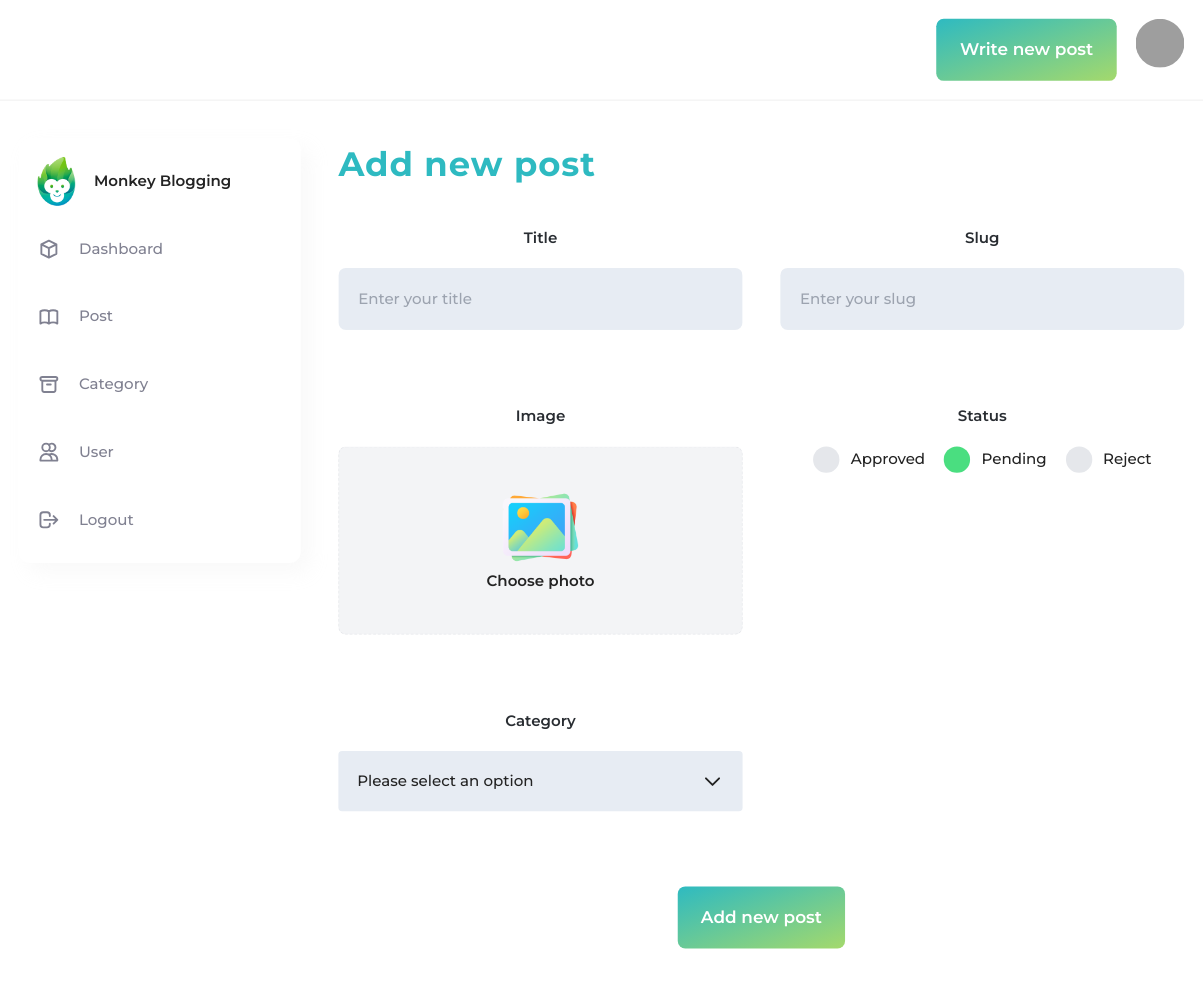
Repository: ThanhPhongsof/react-course-projects
Page: /manage/add-post (app in react-monkey-bloging/)
The author's editor kept a copy of each file at every save. The page is drawn from the files as they stood at one save, then again after the next save.
The browser window is 1280 px wide. The pictures show the whole page, at 94% of full size.
Pictures or frames that could not be fetched are drawn as grey boxes. The project was rebuilt for these pictures with package versions that can differ from the ones it lists, and the page was loaded fresh each time. Also part of the build but not shown: react-monkey-bloging/src/page/AuthenticationPage.js, react-monkey-bloging/src/components/icon/IconEyeOpen.js, react-monkey-bloging/src/components/icon/IconEyeClose.js, react-monkey-bloging/src/components/icon/index.js, react-monkey-bloging/src/components/input/InputPasswordToggle.js, react-monkey-bloging/src/page/SignUpPage.js, react-monkey-bloging/src/page/SignInPage.js, react-monkey-bloging/src/components/layout/Header.js and 21 more. Imported but missing from the stored project, and not drawn on this page: react-monkey-bloging/src/components/loading/LoadingSpinner, react-monkey-bloging/src/module/post/PostMeta.

Above is the page before, as saved 2022-05-09 15:12:16.

### react-monkey-bloging/public/index.html
<!DOCTYPE html>
<html lang="en">
  <head>
    <meta charset="utf-8" />
    <link rel="icon" href="%PUBLIC_URL%/favicon.ico" />
    <meta name="viewport" content="width=device-width, initial-scale=1" />
    <meta name="theme-color" content="#000000" />
    <meta
      name="description"
      content="Web site created using create-react-app"
    />
    <link rel="apple-touch-icon" />

    <link rel="manifest" href="%PUBLIC_URL%/manifest.json" />
    <link rel="preconnect" href="https://fonts.googleapis.com" />
    <link rel="preconnect" href="https://fonts.gstatic.com" crossorigin />
    <link
      href="https://fonts.googleapis.com/css2?family=Montserrat:wght@400;500;600;700&display=swap"
      rel="stylesheet"
    />
    <title>Monkey Blogging App</title>
  </head>
  <body>
    <noscript>You need to enable JavaScript to run this app.</noscript>
    <div id="root"></div>
    <!--
      This HTML file is a template.
      If you open it directly in the browser, you will see an empty page.

      You can add webfonts, meta tags, or analytics to this file.
      The build step will place the bundled scripts into the <body> tag.

      To begin the development, run `npm start` or `yarn start`.
      To create a production bundle, use `npm run build` or `yarn build`.
    -->
  </body>
</html>

### react-monkey-bloging/src/index.js
import React from "react";
import "./styles/index.scss";
import App from "./App";
import reportWebVitals from "./reportWebVitals";
import { ThemeProvider } from "styled-components";
import { GlobalStyles } from "./styles/GlobalStyles";
import { theme } from "./utils/constants";
import { BrowserRouter } from "react-router-dom";
import { createRoot } from "react-dom/client";
import { ToastContainer } from "react-toastify";
import "react-toastify/dist/ReactToastify.css";
const container = document.getElementById("root");
const root = createRoot(container);

root.render(
  <React.StrictMode>
    <ThemeProvider theme={theme}>
      <GlobalStyles></GlobalStyles>
      <BrowserRouter>
        <App />
        <ToastContainer></ToastContainer>
      </BrowserRouter>
    </ThemeProvider>
  </React.StrictMode>
);

reportWebVitals();

### react-monkey-bloging/src/styles/index.scss
@tailwind base;
@tailwind components;
@tailwind utilities;
@import "reset";

@layer base {
  body {
    line-height: 1.5;
    // -webkit-font-smoothing: antialiased;
    -webkit-tap-highlight-color: rgba(0, 0, 0, 0);
    font-family: "Montserrat", sans-serif;
    font-size: 16px;
    color: #232323;
  }
}
.container {
  width: 100%;
  max-width: 1260px;
  margin: 0 auto;
  padding: 0 20px;
}
a {
  text-decoration: none;
  color: inherit;
}
.text-primary {
  color: #a4d96c;
}
.grid-layout {
  display: grid;
  grid-auto-columns: 235px;
  gap: 20px;
  -ms-overflow-style: none;
  scrollbar-width: none;
  &::-webkit-scrollbar {
    display: none;
  }
  @media screen and (min-width: 1024px) {
    grid-template-columns: repeat(3, minmax(0, 1fr));
    gap: 40px;
  }
  @media screen and (max-width: 1023.98px) {
    grid-auto-flow: column;
    scroll-snap-type: x mandatory;
    overflow-x: auto;
  }
  & > * {
    scroll-snap-align: start;
  }
  &--primary {
    grid-auto-columns: 220px;
    @media screen and (min-width: 1024px) {
      grid-template-columns: repeat(4, minmax(0, 1fr));
    }
  }
}
.home-block {
  padding-bottom: 40px;
  @media screen and (min-width: 1024px) {
    padding-bottom: 60px;
  }
}
.entry-content {
  font-size: 16px;
  h2,
  h3,
  h4 {
    font-weight: bold;
    margin-bottom: 20px;
  }
  h2 {
    font-size: 32px;
  }
  h3 {
    font-size: 26px;
  }
  h4 {
    font-size: 22px;
  }
  p {
    margin-bottom: 20px;
    line-height: 2;
  }
  figure {
    margin-bottom: 20px;
  }
  figure img {
    border-radius: 20px;
    margin-bottom: 10px;
  }
  figcaption {
    text-align: center;
    font-style: italic;
    font-size: 14px;
    color: #6b6b6b;
  }
  @media screen and (max-width: 1023.98px) {
    font-size: 14px;
    h2 {
      font-size: 26px;
    }
    h3 {
      font-size: 24px;
    }
    h4 {
      font-size: 20px;
    }
  }
}
.hidden-input {
  border: 0;
  clip: rect(0 0 0 0);
  height: 1px;
  margin: -1px;
  overflow: hidden;
  padding: 0;
  position: absolute;
  width: 1px;
  white-space: nowrap;
}

@keyframes spin {
  from {
    transform: rotate(0deg);
  }
  to {
    transform: rotate(360deg);
  }
}

### react-monkey-bloging/src/App.js
import { Route, Routes } from "react-router-dom";
import { AuthProvider } from "./contexts/auth-context";
import SignUpPage from "./page/SignUpPage";
import SignInPage from "page/SignInPage";
import HomePage from "page/HomePage";
import NotFoundPage from "page/NotFoundPage";
import PostDetailsPage from "page/PostDetailsPage";
import DashboardLayout from "module/dashboard/DashboardLayout";
import DashboardPage from "page/DashboardPage";
import PostManage from "module/post/PostManage";
import PostAddNew from "module/post/PostAddNew";

const App = () => {
  return (
    <div>
      <AuthProvider>
        <Routes>
          <Route path="/" element={<HomePage></HomePage>}></Route>
          <Route path="/sign-up" element={<SignUpPage></SignUpPage>}></Route>
          <Route path="/sign-in" element={<SignInPage></SignInPage>}></Route>
          <Route path="*" element={<NotFoundPage></NotFoundPage>}></Route>
          <Route
            path="/:slug"
            element={<PostDetailsPage></PostDetailsPage>}
          ></Route>
          <Route element={<DashboardLayout></DashboardLayout>}>
            <Route
              path="/dashboard"
              element={<DashboardPage></DashboardPage>}
            ></Route>
            <Route
              path="/manage/post"
              element={<PostManage></PostManage>}
            ></Route>
            <Route
              path="/manage/add-post"
              element={<PostAddNew></PostAddNew>}
            ></Route>
          </Route>
        </Routes>
      </AuthProvider>
    </div>
  );
};

export default App;

### react-monkey-bloging/src/utils/constants.js
export const theme = {
  primary: "#2EBAC1",
  secondary: "#A4D96C",
  grayDark: "#292D32",
  grayLight: "#E7ECF3",
  grayScale: "#6B6B6B",
  tertiary: "#3A1097",
  accent: "#00D1ED",
  purpleLight: "#F3EDFF",
  gray23: "#232323",
  gray80: "#808191",
};

export const postStatus = {
  APPROVED: 1,
  PENDING: 2,
  REJECTED: 3,
};

### react-monkey-bloging/src/styles/_reset.scss
* {
  margin: 0;
  padding: 0;
}
img,
picture,
video,
canvas,
svg {
  display: block;
  max-width: 100%;
}
input,
button,
textarea,
select {
  font: inherit;
  outline: none;
  border: none;
}
p,
h1,
h2,
h3,
h4,
h5,
h6 {
  overflow-wrap: break-word;
}

### react-monkey-bloging/src/contexts/auth-context.js
import { auth } from "firebase-app/firebase-config";
import { onAuthStateChanged } from "firebase/auth";
import { createContext, useContext, useEffect, useState } from "react";

const AuthContext = createContext();

const AuthProvider = (props) => {
  const [userInfo, setUserInfo] = useState({});
  const value = { userInfo, setUserInfo };
  useEffect(() => {
    onAuthStateChanged(auth, (user) => {
      setUserInfo(user);
    });
  }, []);
  return <AuthContext.Provider {...props} value={value}></AuthContext.Provider>;
};

const useAuth = () => {
  const context = useContext(AuthContext);
  if (typeof context === "undefined")
    throw new Error("useAuth must be used within AuthProvider");
  return context;
};

export { useAuth, AuthProvider };

### react-monkey-bloging/src/module/dashboard/DashboardLayout.js
import React from "react";
import { Outlet } from "react-router-dom";
import styled from "styled-components";
import DashboardHeader from "./DashboardHeader";
import Sidebar from "./Sidebar";

const DashboardLayoutStyles = styled.div`
  max-width: 1600px;
  margin: 0 auto;
  .dashboard {
    &-heading {
      font-weight: bold;
      font-size: 36px;
      margin-bottom: 40px;
      color: ${(props) => props.theme.primary};
      letter-spacing: 1px;
    }
    &-main {
      display: grid;
      grid-template-columns: 300px minmax(0, 1fr);
      padding: 40px 20px;
      gap: 0 40px;
      align-items: start;
    }
  }
`;

const DashboardLayout = () => {
  return (
    <DashboardLayoutStyles>
      <DashboardHeader></DashboardHeader>
      <div className="dashboard-main">
        <Sidebar></Sidebar>
        <div className="dashboard-children">
          <Outlet></Outlet>
        </div>
      </div>
    </DashboardLayoutStyles>
  );
};

export default DashboardLayout;

### react-monkey-bloging/src/firebase-app/firebase-config.js
import { initializeApp } from "firebase/app";
import { getFirestore } from "firebase/firestore";
import { getAuth } from "firebase/auth";
const firebaseConfig = {
  apiKey: "AIzaSyAdpQ4sW6LhnaANOQOgJJZImO0FWC0Ar70",
  authDomain: "monkey-blogging-da39c.firebaseapp.com",
  projectId: "monkey-blogging-da39c",
  storageBucket: "monkey-blogging-da39c.appspot.com",
  messagingSenderId: "1089989654619",
  appId: "1:1089989654619:web:f211b6c6805ab03926a77e",
};

// Initialize Firebase
const app = initializeApp(firebaseConfig);
export const db = getFirestore(app);
export const auth = getAuth(app);

### react-monkey-bloging/src/components/label/index.js
import Label from "./Label";
export { Label };

### react-monkey-bloging/src/components/input/index.js
import Input from "./Input";
export { Input };

### react-monkey-bloging/src/components/field/index.js
import Field from "./Field";
export { Field };

### react-monkey-bloging/src/module/dashboard/DashboardHeader.js
import { Button } from "components/button";
import React from "react";
import styled from "styled-components";

const DashboardHeaderStyles = styled.div`
  background-color: white;
  padding: 20px;
  border-bottom: 1px solid #eee;
  display: flex;
  justify-content: flex-end;
  gap: 20px;
  .header-avatar {
    width: 52px;
    height: 52px;
    img {
      width: 100%;
      height: 100%;
      object-fit: cover;
      border-radius: 100rem;
    }
  }
`;

const DashboardHeader = () => {
  return (
    <DashboardHeaderStyles>
      <Button type="button" to="/dashboard" className="header-button">
        Write new post
      </Button>
      <div className="header-avatar">
        <img
          src="https://images.unsplash.com/photo-1568602471122-7832951cc4c5?ixlib=rb-1.2.1&ixid=MnwxMjA3fDB8MHxwaG90by1wYWdlfHx8fGVufDB8fHx8&auto=format&fit=crop&w=3270&q=80"
          alt="avatar"
        />
      </div>
    </DashboardHeaderStyles>
  );
};

export default DashboardHeader;

### react-monkey-bloging/src/components/checkbox/index.js
import Checkbox from "./Checkbox";
import Radio from "./Radio";

export { Checkbox, Radio };

### react-monkey-bloging/src/components/dropdown/index.js
import Dropdown from "./Dropdown";
import Option from "./Option";
import Search from "./Search";

Dropdown.Option = Option;
Dropdown.Search = Search;

export { Dropdown };

### react-monkey-bloging/src/components/label/Label.js
import React from "react";
import styled from "styled-components";

const LabelStyles = styled.label`
  color: ${(props) => props.theme.grayDark};
  font-weight: 600;
  cursor: pointer;
`;

const Label = ({ htmlFor = "", children, ...props }) => {
  return (
    <LabelStyles htmlFor={htmlFor} {...props}>
      {children}
    </LabelStyles>
  );
};

export default Label;

### react-monkey-bloging/src/components/input/Input.js
import React from "react";
import styled from "styled-components";
import { useController } from "react-hook-form";

const InputStyles = styled.div`
  position: relative;
  width: 100%;
  input {
    width: 100%;
    padding: ${(props) => (props.hasIcon ? "20px 60px 20px 20px" : "20px")};
    background-color: ${(props) => props.theme.grayLight};
    border-radius: 8px;
    font-weight: 500;
    transition: all 0.2s linear;
    border: 1px solid transparent;
  }
  input:focus {
    background-color: white;
    border-color: ${(props) => props.theme.primary};
  }
  input:-webkit-input-placeholder {
    color: #84878b;
    font-weight: 500;
    transition: all 0.2s linear;
  }
  input::-moz-input-placeholder {
    color: #84878b;
  }
  .input-icon {
    position: absolute;
    right: 20px;
    top: 50%;
    transform: translateY(-50%);
    cursor: pointer;
  }
`;

const Input = ({ name = "", type = "text", children, control, ...props }) => {
  const { field } = useController({ control, name, defaultValue: "" });

  return (
    <InputStyles hasIcon={children ? true : false}>
      <input id={name} type={type} {...props} {...field} />
      {children ? <div className="input-icon">{children}</div> : null}
    </InputStyles>
  );
};

export default Input;

### react-monkey-bloging/src/components/Field/Field.js
import React from "react";
import styled from "styled-components";

const FieldStyles = styled.div`
  display: flex;
  flex-direction: column;
  align-items: center;
  row-gap: 20px;
  margin-bottom: 40px;
  &:last-child {
    margin-bottom: 0;
  }
`;

const Field = ({ children }) => {
  return <FieldStyles>{children}</FieldStyles>;
};

export default Field;

### react-monkey-bloging/src/components/button/Button.js
import { LoadingSpinner } from "components/loading";
import React from "react";
import styled, { css } from "styled-components";
import PropTypes from "prop-types";
import { NavLink } from "react-router-dom";

const ButtonStyles = styled.button`
  cursor: pointer;
  padding: 0 25px;
  line-height: 1;
  border-radius: 8px;
  font-size: 18px;
  font-weight: 600;
  height: ${(props) => props.height || "66px"};
  display: flex;
  justify-content: center;
  align-items: center;
  ${(props) =>
    props.kind === "secondary" &&
    css`
      background-color: white;
      color: ${(props) => props.theme.primary};
    `};
  ${(props) =>
    props.kind === "primary" &&
    css`
      color: white;
      background-image: linear-gradient(
        to right bottom,
        ${(props) => props.theme.primary},
        ${(props) => props.theme.secondary}
      );
    `};
  &:disabled {
    opacity: 0.5;
    pointer-events: none;
  }
`;

/**
 * @param {*} onClick Handle onClick
 * @requires
 * @param {string} type Type of button 'button' | 'submit'
 * @returns
 */

const Button = ({
  type = "button",
  onClick = () => {},
  kind = "primary",
  children,
  ...props
}) => {
  const { isLoading, to } = props;
  const child = !!isLoading ? <LoadingSpinner></LoadingSpinner> : children;
  if (to !== "" && typeof to == "string") {
    return (
      <NavLink to={to} style={{ display: "inline-block" }}>
        <ButtonStyles type={type} kind={kind} {...props}>
          {child}
        </ButtonStyles>
      </NavLink>
    );
  }
  return (
    <ButtonStyles type={type} onClick={onClick} kind={kind} {...props}>
      {child}
    </ButtonStyles>
  );
};

Button.propTypes = {
  type: PropTypes.oneOf(["button", "submit"]).isRequired,
  isLoading: PropTypes.bool,
  onClick: PropTypes.func,
  children: PropTypes.node,
  kind: PropTypes.oneOf(["primary", "secondary"]),
};

export default Button;

### react-monkey-bloging/src/components/checkbox/Radio.js
import React from "react";
import { useController } from "react-hook-form";

const Radio = ({ checked, children, control, name, ...rest }) => {
  const { field } = useController({ control, name, defaultValue: "" });
  return (
    <label>
      <input
        type="radio"
        className="hidden-input"
        checked={checked}
        onChange={() => {}}
        {...field}
        {...rest}
      />
      <div className="flex items-center font-medium cursor-pointer gap-x-3">
        <div
          className={`w-7 h-7 rounded-full ${
            checked ? "bg-green-400" : "bg-gray-200"
          }`}
        ></div>
        <span>{children}</span>
      </div>
    </label>
  );
};

export default Radio;

### react-monkey-bloging/src/components/loading/index.js
import LoadingSpinner from "./LoadingSpinner";

export { LoadingSpinner };

### react-monkey-bloging/src/contexts/dropdown-context.js
const { createContext, useContext } = require("react");

const DropdonwContext = createContext();
const DropdonwProvider = (props) => {
  return (
    <DropdonwContext.Provider value={props}>
      {props.children}
    </DropdonwContext.Provider>
  );
};

const useDropdown = () => {
  const context = useContext(DropdonwContext);
  if (typeof context === "undefined")
    throw new Error("useDropdown must be used within DropdownProvider");
  return context;
};

export { useDropdown, DropdonwProvider };

Loaded but not shown: react-monkey-bloging/src/reportWebVitals.js (common file); react-monkey-bloging/src/styles/GlobalStyles.js (common file); react-monkey-bloging/src/styles/GlobalClasses.js (common file); react-monkey-bloging/src/components/button/index.js (common file); react-monkey-bloging/tailwind.config.js (common file); react-monkey-bloging/src/module/post/PostAddNew.js (188 lines, source omitted); react-monkey-bloging/src/module/dashboard/Sidebar.js (159 lines, source omitted); react-monkey-bloging/src/components/image/ImageUpload.js (149 lines, source omitted); react-monkey-bloging/src/components/dropdown/Dropdown.js (65 lines, source omitted)

After the next save:
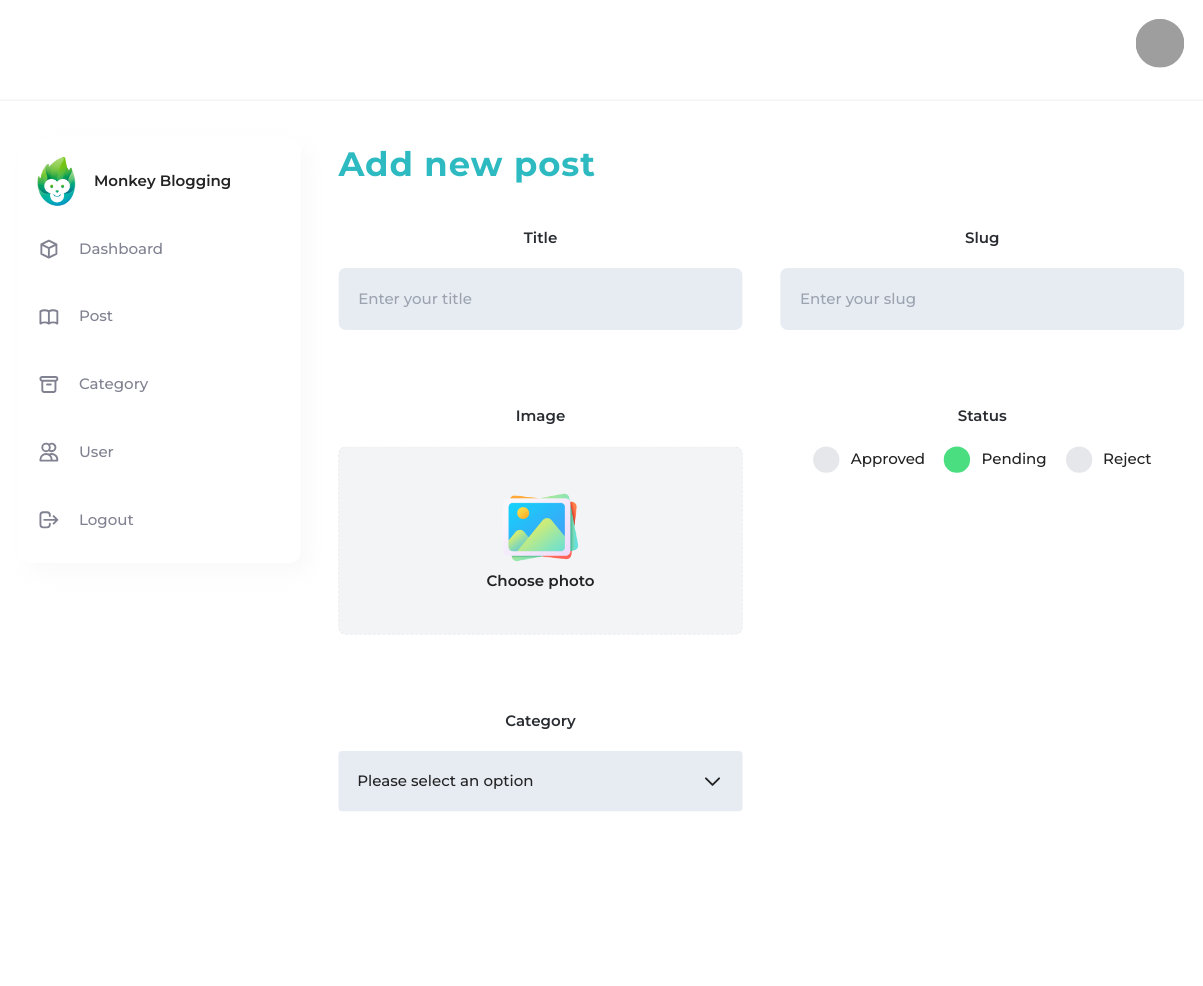
Saved 70 s later.
--- a/react-monkey-bloging/src/components/button/Button.js
+++ b/react-monkey-bloging/src/components/button/Button.js
@@ -25,7 +25,7 @@
     props.kind === "primary" &&
     css`
       color: white;
-      background-image: linear-gradient(
+      background-color: linear-gradient(
         to right bottom,
         ${(props) => props.theme.primary},
         ${(props) => props.theme.secondary}

After the save that followed:
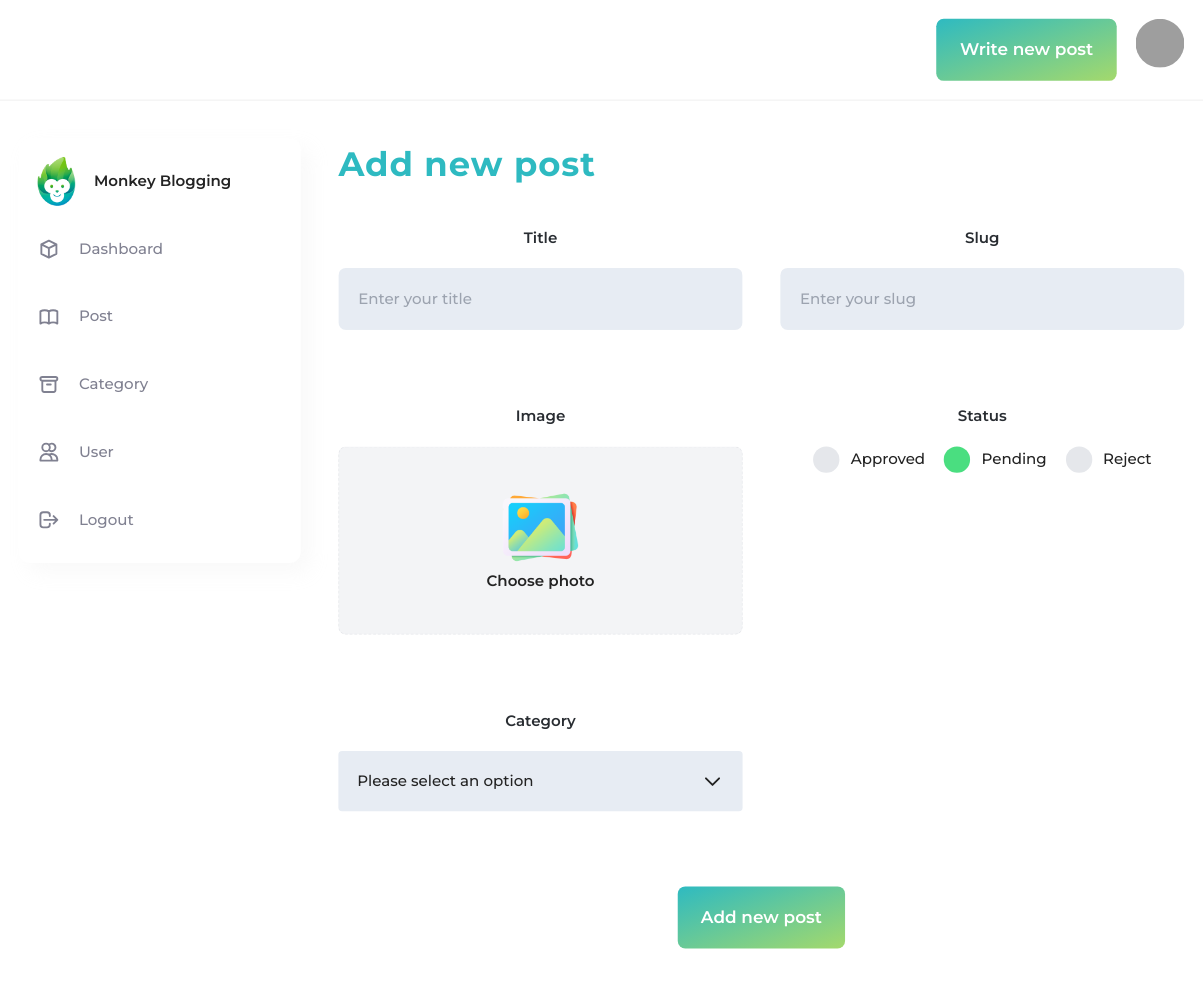
Saved 13 s later.
--- a/react-monkey-bloging/src/components/button/Button.js
+++ b/react-monkey-bloging/src/components/button/Button.js
@@ -25,7 +25,7 @@
     props.kind === "primary" &&
     css`
       color: white;
-      background-color: linear-gradient(
+      background-image: linear-gradient(
         to right bottom,
         ${(props) => props.theme.primary},
         ${(props) => props.theme.secondary}
